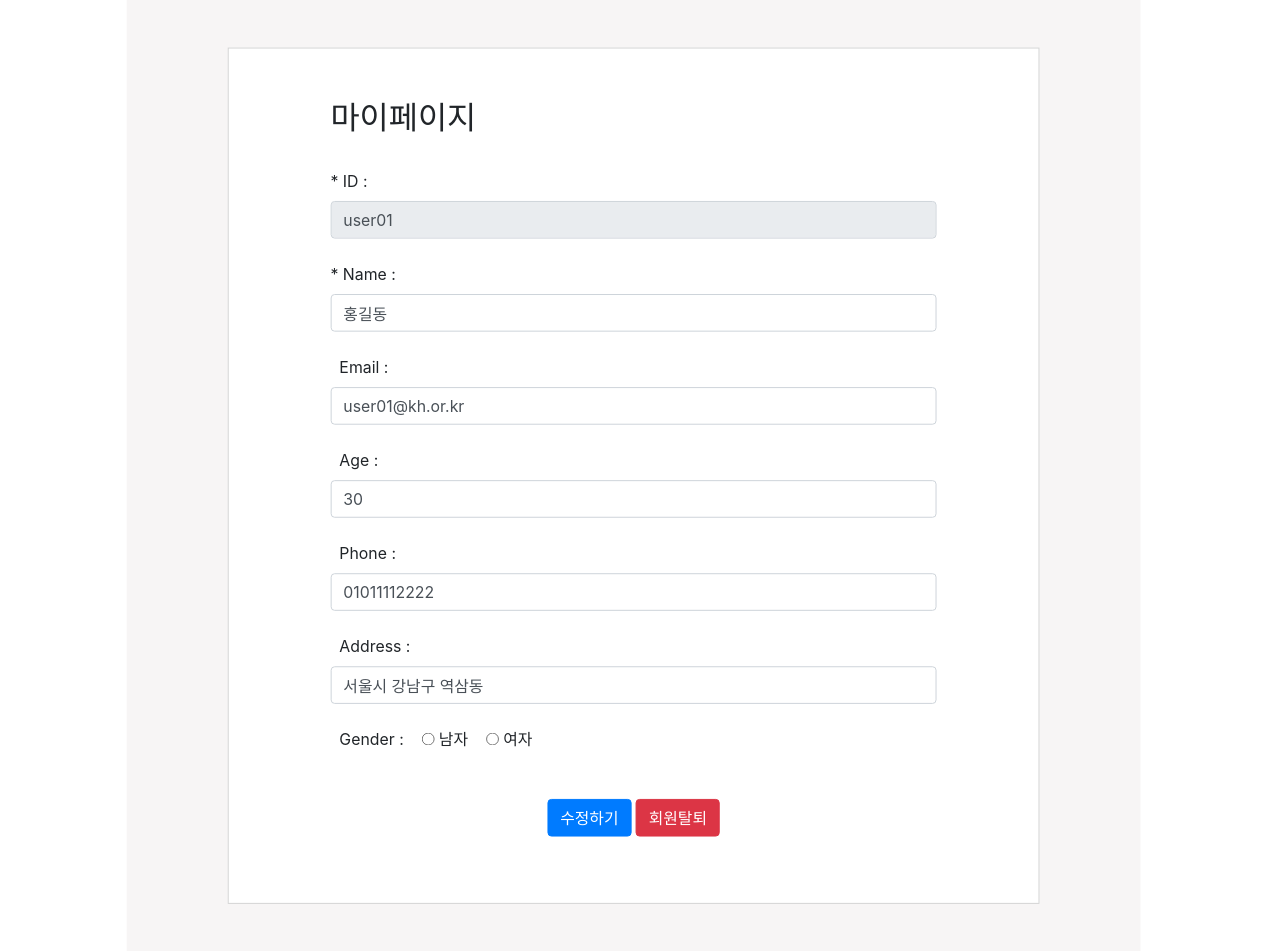
Repository: aldella/2th_tc_spring
Page: http://localhost/spring/WEB-INF/views/member/myPage.jsp
An editor plug-in stored every save of this project. The page is shown before and after the next save, followed by the edit.
The browser window is 1280 px wide. The pictures show the whole page, at 99% of full size.
The page is served by Tomcat 9. Nobody is signed in. Other server files are loaded and not shown. The template is opened directly, without the code that normally fills it, so the values that code supplies are empty.

Above is the page before, as saved 2024-06-18 06:28:44.

### spring/src/main/webapp/WEB-INF/views/member/myPage.jsp
<%@ page language="java" contentType="text/html; charset=UTF-8"
    pageEncoding="UTF-8"%>
<head>
    <meta charset="UTF-8">
    <title>Document</title>
    <script src="https://ajax.googleapis.com/ajax/libs/jquery/3.7.1/jquery.min.js"></script>
    <link rel="stylesheet" href="https://maxcdn.bootstrapcdn.com/bootstrap/4.5.2/css/bootstrap.min.css">
    <script src="https://maxcdn.bootstrapcdn.com/bootstrap/4.5.2/js/bootstrap.min.js"></script>

    <style>
        .content {
            background-color:rgb(247, 245, 245);
            width:80%;
            margin:auto;
        }
        .innerOuter {
            border:1px solid lightgray;
            width:80%;
            margin:auto;
            padding:5% 10%;
            background-color:white;
        }
    </style>
</head>
<body>

    <jsp:include page="" />

    <div class="content">
        <br><br>
        <div class="innerOuter">
            <h2>마이페이지</h2>
            <br>

            <form action="" method="post">
                <div class="form-group">
                    <label for="userId">* ID : </label>
                    <input type="text" class="form-control" id="userId" value="user01" name="" readonly> <br>

                    <label for="userName">* Name : </label>
                    <input type="text" class="form-control" id="userName" value="홍길동" name="" required> <br>

                    <label for="email"> &nbsp; Email : </label>
                    <input type="text" class="form-control" id="email" value="user01@kh.or.kr" name=""> <br>

                    <label for="age"> &nbsp; Age : </label>
                    <input type="number" class="form-control" id="age" value="30" name=""> <br>

                    <label for="phone"> &nbsp; Phone : </label>
                    <input type="tel" class="form-control" id="phone" value="01011112222" name=""> <br>

                    <label for="address"> &nbsp; Address : </label>
                    <input type="text" class="form-control" id="address" value="서울시 강남구 역삼동" name=""> <br>

                    <label for=""> &nbsp; Gender : </label> &nbsp;&nbsp;
                    <input type="radio" id="Male" value="M" name="">
                    <label for="Male">남자</label> &nbsp;&nbsp;
                    <input type="radio" id="Female" value="F" name="">
                    <label for="Female">여자</label> &nbsp;&nbsp;
                </div>
                <br>
                <div class="btns" align="center">
                    <button type="submit" class="btn btn-primary">수정하기</button>
                    <button type="button" class="btn btn-danger" data-toggle="modal" data-target="#deleteForm">회원탈퇴</button>
                </div>
            </form>
        </div>
        <br><br>

    </div>

    <!-- 회원탈퇴 버튼 클릭 시 보여질 Modal -->
    <div class="modal fade" id="deleteForm">
        <div class="modal-dialog modal-sm">
            <div class="modal-content">

                <!-- Modal Header -->
                <div class="modal-header">
                    <h4 class="modal-title">회원탈퇴</h4>
                    <button type="button" class="close" data-dismiss="modal">&times;</button>
                </div>

                <form action="" method="post">
                    <!-- Modal body -->
                    <div class="modal-body">
                        <div align="center">
                            탈퇴 후 복구가 불가능합니다. <br>
                            정말로 탈퇴 하시겠습니까? <br>
                        </div>
                        <br>
                            <label for="userPwd" class="mr-sm-2">Password : </label>
                            <input type="text" class="form-control mb-2 mr-sm-2" placeholder="Enter Password" id="userPwd" name=""> <br>
                    </div>
                    <!-- Modal footer -->
                    <div class="modal-footer" align="center">
                        <button type="submit" class="btn btn-danger">탈퇴하기</button>
                    </div>
                </form>
            </div>
        </div>
    </div>

    <jsp:include page="" />

</body>
</html>

After the next save:
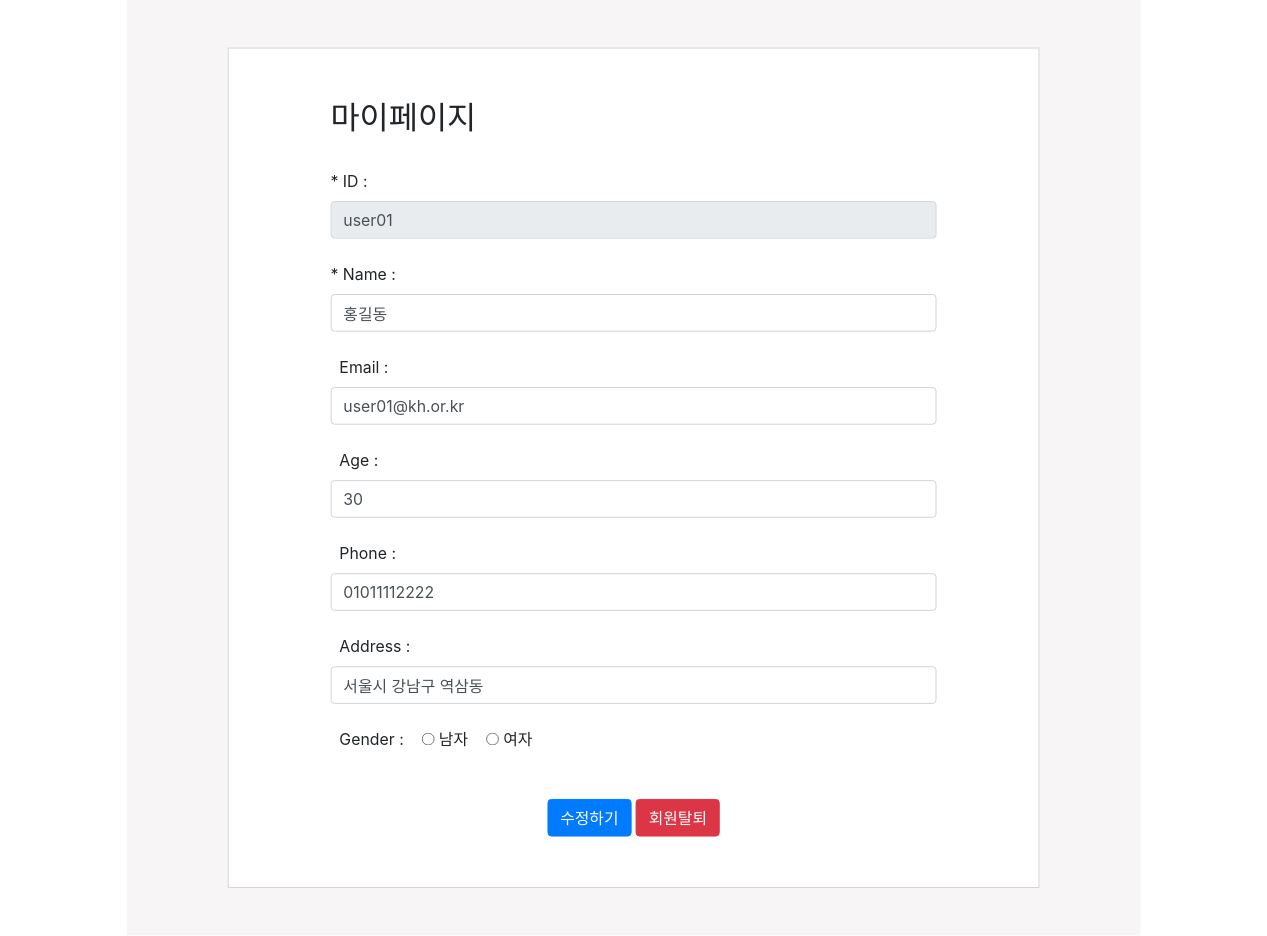
Saved 19 s later.
--- a/spring/src/main/webapp/WEB-INF/views/member/myPage.jsp
+++ b/spring/src/main/webapp/WEB-INF/views/member/myPage.jsp
@@ -1,5 +1,7 @@
 <%@ page language="java" contentType="text/html; charset=UTF-8"
     pageEncoding="UTF-8"%>
+<!DOCTYPE html>
+<html>
 <head>
     <meta charset="UTF-8">
     <title>Document</title>
